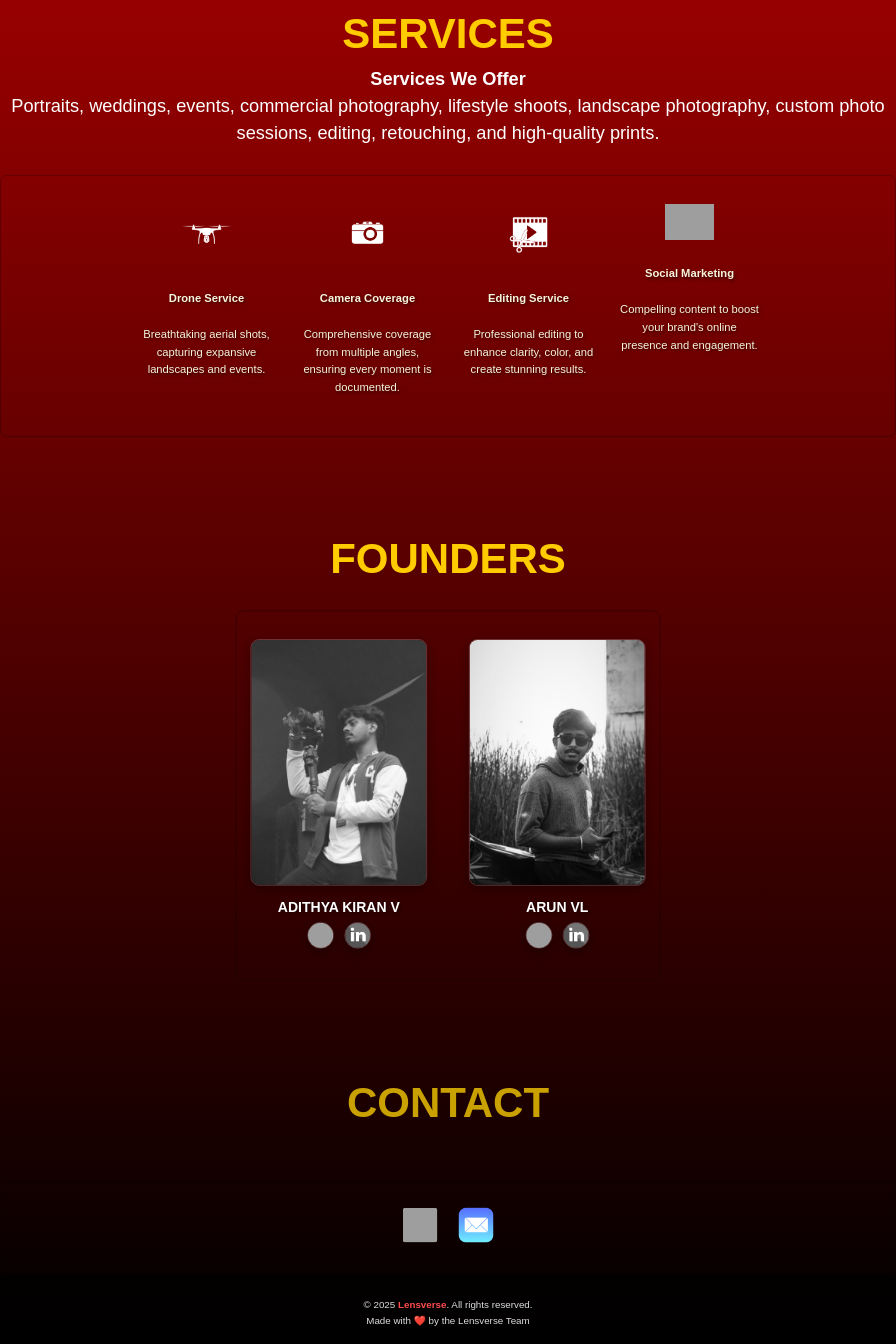
Repository: adithyakiran47/lensverse-frontend
Page: / (app in frontend/), after clicking the first element matching `button`
These files come from the project's save history. The page is drawn as it stood at one moment and after the next save; the edit follows.
The browser window is 1280 px wide. The pictures show the part of the page from y = 1313 to 3233 px (the page is 3243 px tall before and 3239 px after), at 70% of full size.
Pictures or frames that could not be fetched are drawn as grey boxes. The project was rebuilt for these pictures with package versions that can differ from the ones it lists, and the page was loaded fresh each time.

Above is the page before, as saved 2025-06-20 14:11:34.

### frontend/public/index.html
<!DOCTYPE html>
<html lang="en">
  <head>
    <meta charset="utf-8" />
    <link rel="icon" href="%PUBLIC_URL%/favicon.ico" />
    <meta name="viewport" content="width=device-width, initial-scale=1" />
    <meta name="theme-color" content="#000000" />
    <meta
      name="description"
      content="Web site created using create-react-app"
    />
    <link rel="apple-touch-icon" href="%PUBLIC_URL%/logo192.png" />
    <!--
      manifest.json provides metadata used when your web app is installed on a
      user's mobile device or desktop. See https://developers.google.com/web/fundamentals/web-app-manifest/
    -->
    <link rel="manifest" href="%PUBLIC_URL%/manifest.json" />
    <!--
      Notice the use of %PUBLIC_URL% in the tags above.
      It will be replaced with the URL of the `public` folder during the build.
      Only files inside the `public` folder can be referenced from the HTML.

      Unlike "/favicon.ico" or "favicon.ico", "%PUBLIC_URL%/favicon.ico" will
      work correctly both with client-side routing and a non-root public URL.
      Learn how to configure a non-root public URL by running `npm run build`.
    -->
    <title>React App</title>
  </head>
  <body>
    <noscript>You need to enable JavaScript to run this app.</noscript>
    <div id="root"></div>
    <!--
      This HTML file is a template.
      If you open it directly in the browser, you will see an empty page.

      You can add webfonts, meta tags, or analytics to this file.
      The build step will place the bundled scripts into the <body> tag.

      To begin the development, run `npm start` or `yarn start`.
      To create a production bundle, use `npm run build` or `yarn build`.
    -->
      <footer class="footer">
  <div class="footer-content">
    <p>© 2025 <strong>Lensverse</strong>. All rights reserved.</p>
    <p>Made with ❤️ by the Lensverse Team</p>
  </div>
</footer>

  </body>
</html>

### frontend/src/App.js
import React, { useState } from 'react';
import './App.css';

import Header from './components/Header';
import Banner from './components/Banner';
import About from './components/About';
import Services from './components/Services';
import Team from './components/Team';
import Contact from './components/Contact';
import BookingForm from './components/BookingForm';


function App() {
  const [showForm, setShowForm] = useState(false);

  return (
    <>
      <Header />
      <Banner onBookClick={() => setShowForm(true)} />
      <About />
      <Services />
      <Team />
      <Contact />

      {showForm && (
        <div className="popup-backdrop">
          <div className="popup-form">
            <button className="close-btn" onClick={() => setShowForm(false)}>✖</button>
            <BookingForm onSuccess={() => setShowForm(false)} />
          </div>
        </div>
      )}
    </>
  );
}

export default App;

### frontend/src/App.css
.App {
  text-align: center;
}

.App-logo {
  height: 40vmin;
  pointer-events: none;
}

@media (prefers-reduced-motion: no-preference) {
  .App-logo {
    animation: App-logo-spin infinite 20s linear;
  }
}

.App-header {
  background-color: #282c34;
  min-height: 100vh;
  display: flex;
  flex-direction: column;
  align-items: center;
  justify-content: center;
  font-size: calc(10px + 2vmin);
  color: white;
}

.App-link {
  color: #61dafb;
}

@keyframes App-logo-spin {
  from {
    transform: rotate(0deg);
  }
  to {
    transform: rotate(360deg);
  }
}
.popup-backdrop {
  position: fixed;
  top: 0;
  left: 0;
  height: 100%;
  width: 100%;
  background: rgba(0, 0, 0, 0.7);
  display: flex;
  align-items: center;
  justify-content: center;
  z-index: 999;
}

.popup-form {
  background: white;
  padding: 30px;
  border-radius: 10px;
  width: 500px;
  position: relative;
  box-shadow: 0 8px 20px rgba(0, 0, 0, 0.3);
}

.close-btn {
  position: absolute;
  top: 10px;
  right: 15px;
  background: none;
  border: none;
  font-size: 20px;
  cursor: pointer;
}
.banner {
  display: flex;
  justify-content: space-between;
  align-items: center;
  padding: 40px;
  max-width: 1200px;
  margin: auto;
}

.banner h2 {
  font-size: 2rem;
  margin-bottom: 10px;
}

.banner p {
  font-size: 1.1rem;
  margin-bottom: 20px;
}

.banner button {
  padding: 10px 20px;
  background-color: #003f70;
  color: white;
  border: none;
  border-radius: 5px;
  cursor: pointer;
  font-size: 1rem;
}

.banner img {
  max-width: 150px;
  height: auto;
}

.banner-left {
  flex: 1;
  padding-right: 20px;
}

.banner-right {
  flex: 0 0 200px;
  display: flex;
  justify-content: center;
  align-items: center;
}
/* App.css */
body {
  margin: 0;
  padding: 0;
  background: linear-gradient(to bottom, #ff0000, #000000);
  font-family: 'Segoe UI', Tahoma, Geneva, Verdana, sans-serif;
  color: white;
}

.footer {
  background: rgba(0, 0, 0, 0.6);
  padding: 30px 20px;
  text-align: center;
  color: #ddd;
  font-family: "Montserrat", sans-serif;
  font-size: 14px;
  /*border-top: 1px solid rgba(255, 255, 255, 0.1);*/
}

.footer-content p {
  margin: 6px 0;
  text-shadow: 1px 1px 4px rgba(0, 0, 0, 0.5);
}

.footer-content strong {
  color: #ff4c4c;
}

### frontend/src/components/Header.js
// src/components/Header.js
import React from 'react';
import './Header.css'; // We'll create this next

const Header = () => {
  return (
    <div id="header">
      <div className="container">
        <div className="head1">
          <h1>LENSVERSE</h1>
        </div>
      </div>
    </div>
  );
};

export default Header;

### frontend/src/components/Banner.js
import React from 'react';
import './Banner.css';

const Banner = ({ onBookClick }) => {
  return (
    <div id="banner">
      <div className="container">
        <div className="banner-wrapper">
          <div className="banner-left">
            <h2 className="cap">Capturing every moment with precision</h2>
            <p>Lensverse, your coverage team in action!</p>
            <div className="from">
              <button onClick={onBookClick}>BOOK</button>
            </div>
          </div>
          <div className="banner-right">
            <img src="channel logo new transparent.png" alt="Lensverse Banner" />
          </div>
        </div>
      </div>
    </div>
  );
};

export default Banner;

### frontend/src/components/About.js
import React from 'react';
import './About.css';

const About = () => {
  return (
    <div id="about">
      <div className="container">
        <div className="about-wrapper">
          <div className="about-content">
            <h2>About Us - LENSVERSE</h2>
            <p><em>Live and breathe photography, capturing moments that tell stories and evoke emotions.</em></p>
            <ul>
              <li><b>Storytellers:</b> We capture moments that speak volumes.</li>
              <li><b>Creative Vision:</b> Blending tradition with innovation for unique images.</li>
              <li><b>Top-Tier Quality:</b> Using the latest gear for stunning, high-quality photos.</li>
            </ul>
          </div>
        </div>
      </div>
    </div>
  );
};

export default About;

### frontend/src/components/Services.js
// src/components/Services.js
import React from 'react';
import './Services.css';

const Services = () => {
  return (
    <div id="services">
      <div className="container">
        <div className="service-title">
          <h3>SERVICES</h3>
          <p><b>Services We Offer</b><br />
            Portraits, weddings, events, commercial photography, lifestyle shoots, landscape photography, custom photo sessions, editing, retouching, and high-quality prints.
          </p>
        </div>

        <div className="service-details">
          <div className="service-detail">
            <img src="/drone.png" alt="Drone Service" />
            <p><b>Drone Service</b><br /><br />Breathtaking aerial shots, capturing expansive landscapes and events.</p>
          </div>

          <div className="service-detail">
            <img src="/camera.png" alt="Camera Coverage" />
            <p><b>Camera Coverage</b><br /><br />Comprehensive coverage from multiple angles, ensuring every moment is documented.</p>
          </div>

          <div className="service-detail">
            <img src="/editing.png" alt="Editing Service" />
            <p><b>Editing Service</b><br /><br />Professional editing to enhance clarity, color, and create stunning results.</p>
          </div>

          <div className="service-detail">
            <img src="/social.png" alt="Social Marketing" />
            <p><b>Social Marketing</b><br /><br />Compelling content to boost your brand's online presence and engagement.</p>
          </div>
        </div>
      </div>
    </div>
  );
};

export default Services;

### frontend/src/components/Team.js
// src/components/Team.js
import React from 'react';
import './Team.css';

const Team = () => {
  return (
    <div id="team">
      <div className="container">
        <div className="members">
          <h4>FOUNDERS</h4>
          <div className="member service-details">

            <div className="kiran">
              <img src="IMG_0384.JPG" alt="Adithya Kiran V" />
              <h5>ADITHYA KIRAN V</h5>
              <div className="social">
                <a href="https://www.instagram.com/adithya.x/" target="_blank" rel="noreferrer">
                  <img src="/insta.png" alt="Instagram" />
                </a>
                <a href="https://linkedin.com" target="_blank" rel="noreferrer">
                  <img src="/linkedin.png" alt="LinkedIn" />
                </a>
              </div>
            </div>

            <div className="vl">
              <img src="IMG_0383.JPG" alt="Arun VL" />
              <h6>ARUN VL</h6>
              <div className="social">
                <a href="https://www.instagram.com/__arun_vl__/" target="_blank" rel="noreferrer">
                  <img src="/insta.png" alt="Instagram" />
                </a>
                <a href="https://linkedin.com" target="_blank" rel="noreferrer">
                  <img src="/linkedin.png" alt="LinkedIn" />
                </a>
              </div>
            </div>

          </div>
        </div>
      </div>
    </div>
  );
};

export default Team;

### frontend/src/components/Contact.js
// src/components/Contact.js
import React from 'react';
import './Contact.css';

const Contact = () => {
  return (
    <div id="contact">
      <div className="container">
        <div className="contactdetails">
          <h4>CONTACT</h4>
          <div className="contact-details">

            <div className="instapng">
              <a href="https://www.instagram.com/__lensverse__/" target="_blank" rel="noreferrer">
                <img src="/insta.png" alt="Instagram" />
              </a>
            </div>

            <div className="mailpng">
              <a href="mailto:lensversecontact@gmail.com">
                <img src="/mail.png" alt="Email" />
              </a>
            </div>

          </div>
        </div>
      </div>
    </div>
  );
};

export default Contact;

### frontend/src/components/BookingForm.js
import React, { useState } from 'react';
import axios from 'axios';

const BookingForm = ({ onSuccess }) => {
  const [form, setForm] = useState({
    name: '',
    email: '',
    eventDate: '',
    service: '',
    notes: '',
  });

  const handleChange = (e) => {
    setForm({ ...form, [e.target.name]: e.target.value });
  };

  const handleSubmit = async (e) => {
    e.preventDefault();
    console.log("📤 Submitting form:", form);
    try {
      const res = await axios.post('http://localhost:5000/api/bookings', form);
console.log("✅ Booking response:", res.data);
      alert('Booking Confirmed!');
      if (onSuccess) onSuccess();
    } catch (err) {
      console.error("❌ Booking error:", err);
      alert('Booking failed');
    }
  };

  return (
    <form onSubmit={handleSubmit}>
      <h2>Book an Event</h2>
      <input name="name" placeholder="Name" onChange={handleChange} required />
      <input name="email" placeholder="Email" onChange={handleChange} required />
      <input name="eventDate" type="date" onChange={handleChange} required />
      <select name="service" onChange={handleChange} required>
        <option value="">Select Service</option>
        <option value="Drone">Drone</option>
        <option value="Camera">Camera</option>
        <option value="Editing">Editing</option>
        <option value="Marketing">Marketing</option>
      </select>
      <textarea name="notes" placeholder="Notes" onChange={handleChange}></textarea>
      <button type="submit">Submit</button>
    </form>
  );
};

export default BookingForm;

### frontend/src/components/Header.css
/* Header.css */
#header {
  /* background:linear-gradient(rgb(255, 0, 0),rgb(0, 0, 0)) ; */
  padding: 15px;
  text-shadow: 2px 2px 5px rgba(0, 0, 0, 0.485);
}

.head1 h1 {
  font-family: "Bebas Neue", sans-serif;
  font-size: 50px;
  color: rgb(255, 255, 255);
  transition: color 0.3s ease;
  padding: auto;
  text-align: center;
}

.head1 h1:hover {
  color: white;
}

### frontend/src/components/Banner.css
#banner {
 /* background: linear-gradient(to bottom, #ff0000, #000000); /* Optional gradient */
  color: aliceblue;
  padding: 60px 20px;
  text-align: center; /* Center all content */
}

.banner-wrapper {
  display: flex;
  flex-direction: column; /* Stack content vertically */
  align-items: center;
  gap: 30px;
}

.banner-left .cap {
  font-size: 42px; /* Increased font size */
  font-weight: 600;
  margin-bottom: 20px;
  font-family: "Bebas Neue", sans-serif;
  text-shadow: 2px 2px 6px rgba(0, 0, 0, 0.5);
}

.banner-left p {
  font-size: 20px;
  margin-bottom: 30px;
  color: #ddd;
}

.from button {
  background-color: rgb(0, 55, 94);
  color: white;
  font-size: 18px;
  padding: 14px 28px;
  border: none;
  border-radius: 8px;
  cursor: pointer;
  transition: background-color 0.3s ease, transform 0.2s ease;
}

.from button:hover {
  background-color: rgb(0, 75, 120);
  transform: scale(1.05);
}

/* Banner image */
.banner-right img {
  max-width: 500px;
  height: auto;
  filter: drop-shadow(0 0 6px rgba(0, 0, 0, 0.3));
}

### frontend/src/components/About.css
#about {
  padding: 60px 20px;
  text-align: center;
}

.about-wrapper {
  max-width: 900px;
  margin: 0 auto;
  padding: 30px;
  background-color: rgb(88, 0, 0);
  border-radius: 10px;
  color: beige;
  text-shadow: 2px 2px 5px rgb(0, 0, 0);
  /*transition: background-color 0.3s ease, border 0.3s ease;*/
}


.about-content h2 {
  font-size: 40px;
  font-family: "Montserrat", sans-serif;
  margin-bottom: 20px;
}

.about-content p {
  font-size: 20px;
  font-family: "Montserrat", sans-serif;
  margin-bottom: 25px;
}

.about-content ul {
  list-style: none;
  padding-left: 0;
  font-size: 20px;
  font-family: "Montserrat", sans-serif;
}

.about-content li {
  margin-bottom: 12px;
}

### frontend/src/components/Services.css
/* Title Section */
.service-title {
  text-align: center;
  font-family: "Teko", sans-serif;
  margin-bottom: 40px;
}

.service-title h3 {
  font-size: 60px;
  color: rgb(255, 204, 0);
  margin: 20px 0 0 0;
}

.service-title p {
  color: #ffffff;
  font-size: 26px;
  margin-top: 10px;
  line-height: 1.5;
}

/* Services Container */
.service-details {
  display: flex;
  flex-wrap: wrap;
  justify-content: center;
  gap: 30px;
  padding: 40px 20px;
  /*background-color: rgba(205, 42, 45, 0.819);*/
  color: beige;
  font-family: "Montserrat", sans-serif;
  border-radius: 10px;
  border: 1px solid rgba(0, 0, 0, 0.397);
  text-shadow: 2px 2px 5px rgba(0, 0, 0, 0.485);
  transition: background-color 0.3s ease, border 0.3s ease;
}

/* Hover Effect */
/*.service-details:hover {
  background-color: rgba(253, 242, 241, 0.25);
  border: 1px solid rgba(0, 0, 0, 0.7);
  color: black;
}*/

/* Individual Card */
.service-detail {
  flex-basis: 200px;
  text-align: center;
  max-width: 250px;
}

.service-detail img {
  width: 70px;
  margin-bottom: 15px;
}

.service-detail p {
  font-size: 16px;
  line-height: 1.6;
}

### frontend/src/components/Team.css
#team {
  display: flex;
  justify-content: center;
  padding: 60px 20px;
  background-color: transparent;
  color: white;
  text-align: center;
}

.members h4 {
  font-family: "Teko", sans-serif;
  font-size: 60px;
  color: rgb(255, 204, 0);
  margin-bottom: 40px;
}

.member {
  display: flex;
  flex-wrap: wrap;
  justify-content: center;
  gap: 60px;
}

/* Each profile block */
.kiran, .vl {
  max-width: 280px;
}

.kiran img,
.vl img {
  width: 250px;
  height: 350px; /* Recommended size */
  object-fit: cover;
  border-radius: 12px;
  border: 1px solid rgba(255, 255, 255, 0.3);
  box-shadow: 0 4px 15px rgba(0, 0, 0, 0.4);
  filter: grayscale(100%);
  transition: filter 0.4s ease, transform 0.3s ease;
}

.kiran img:hover,
.vl img:hover {
  filter: grayscale(0%);
  transform: scale(1.03);
}

h5, h6 {
  font-size: 20px;
  margin: 15px 0 10px 0;
  font-family: "Montserrat", sans-serif;
  color: white;
}

.social {
  display: flex;
  justify-content: center;
  gap: 15px;
  margin-top: 10px;
}

.social img {
  width: 36px;
  height: 36px;
  border-radius: 50%;
  transition: transform 0.3s ease;
}

.social img:hover {
  transform: scale(1.2);
}

### frontend/src/components/Contact.css
.contactdetails {
  text-align: center;
  font-size: 60px;
  font-family: "Teko", sans-serif;
  color: rgb(201, 161, 0);
  margin-top: 40px;
}

.contact-details {
  display: flex;
  justify-content: center;
  gap: 30px;
  padding: 30px;
  margin-top: 20px;
  /*background-color: rgba(0, 0, 0, 0.819);*/
  border-radius: 10px;
  border: 1px solid rgba(0, 0, 0, 0.397);
  transition: background-color 0.3s ease, border 0.3s ease;
}

/*.contact-details:hover {
  background-color: rgba(253, 242, 241, 0.377);
  border: 1px solid rgba(0, 0, 0, 0.7);
}*/

.contact-details img {
  height: 50px;
  width: 50px;
  border-radius: 5px;
  transition: transform 0.2s ease;
}

.contact-details img:hover {
  transform: scale(1.1);
}

Loaded but not shown: frontend/src/index.js (common file); frontend/src/index.css (common file); frontend/src/reportWebVitals.js (common file)

After the next save:
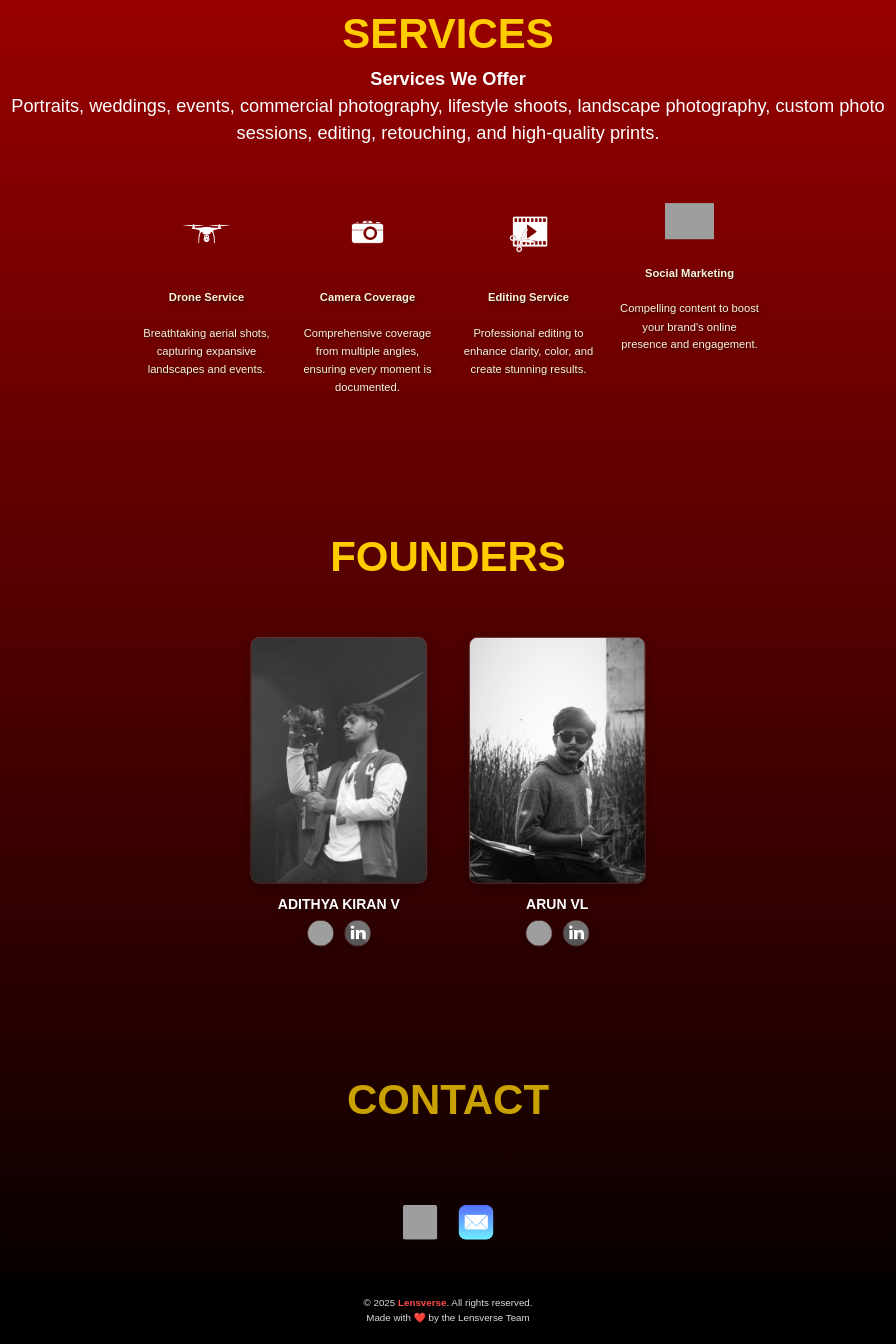
Saved 7 s later.
--- a/frontend/src/components/Services.css
+++ b/frontend/src/components/Services.css
@@ -28,8 +28,8 @@
   /*background-color: rgba(205, 42, 45, 0.819);*/
   color: beige;
   font-family: "Montserrat", sans-serif;
-  border-radius: 10px;
-  border: 1px solid rgba(0, 0, 0, 0.397);
+  /*border-radius: 10px;
+  border: 1px solid rgba(0, 0, 0, 0.397);*/
   text-shadow: 2px 2px 5px rgba(0, 0, 0, 0.485);
   transition: background-color 0.3s ease, border 0.3s ease;
 }
